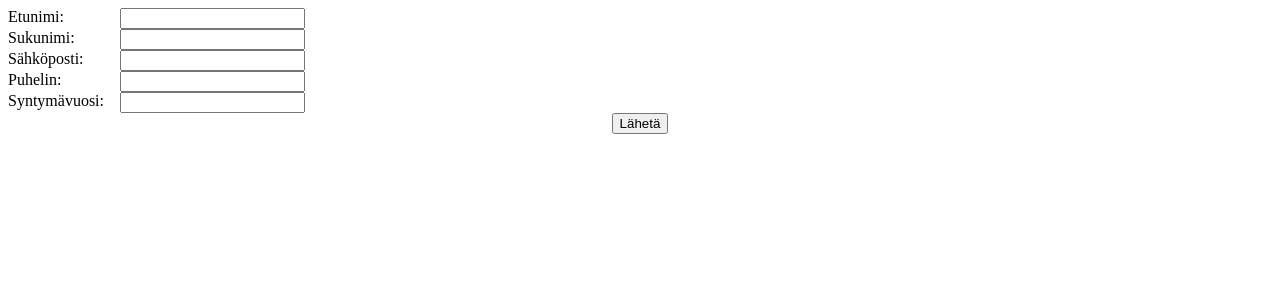
Repository: NellaPih/Asiakkaat
Page: http://localhost/Lomake/kysy.jsp
These files come from the project's save history. The page is drawn as it stood at one moment and after the next save; the edit follows.
The browser window is 1280 px wide. The pictures show the whole page.
The page is served by Tomcat 9.

Above is the page before, as saved 2020-04-17 12:36:53.

After the next save:
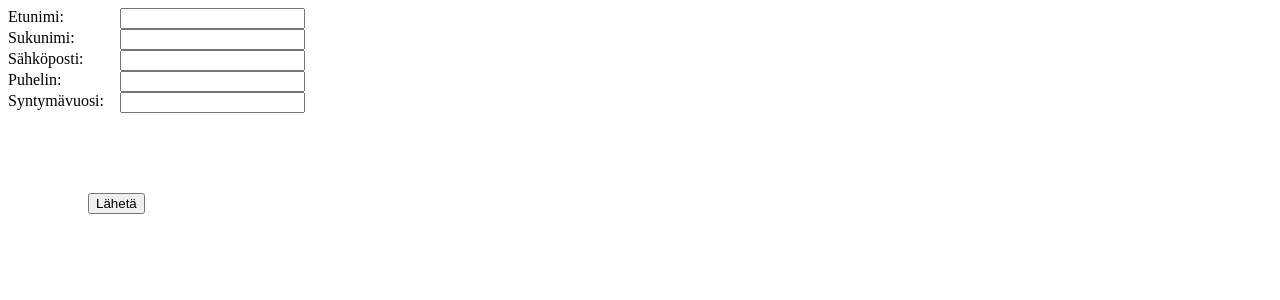
Saved 30 s later.
--- a/Lomake/WebContent/kysy.jsp
+++ b/Lomake/WebContent/kysy.jsp
@@ -13,8 +13,7 @@
 	   float: left;
     }
     .submit {
-    	margin: 0 auto;
-    	display: block;
+    	margin: 6em;
     }
 </style>
 <body>
